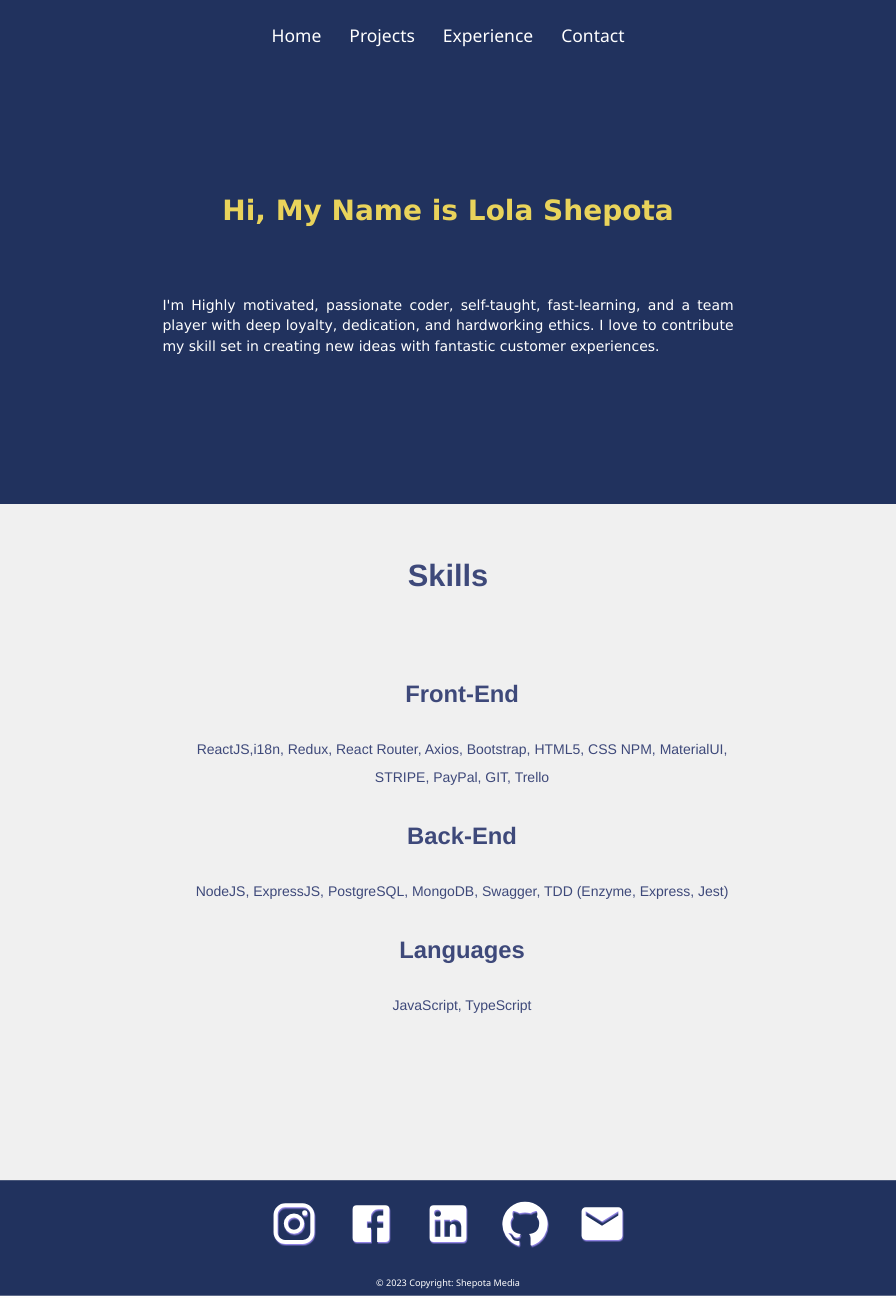
Repository: LolaSL/react-portfolio
Page: /
These files come from the project's save history. The page is drawn as it stood at one moment and after the next save; the edit follows.
The browser window is 1280 px wide. The pictures show the whole page, at 70% of full size.
The project was rebuilt for these pictures with package versions that can differ from the ones it lists, and the page was loaded fresh each time. Also part of the build but not shown: src/components/ProjectItem/ProjectItem.jsx, src/helpers/ProjectList.js, src/pages/Projects/Style.css, src/pages/Projects/Projects.jsx, src/pages/Experience/Style.css, src/pages/Experience/Experience.jsx, src/pages/ProjectDetail/ProjectDetail.jsx, src/pages/Contact/Style.css and 1 more.

Above is the page before, as saved 2023-07-02 09:35:46.

After the next save:
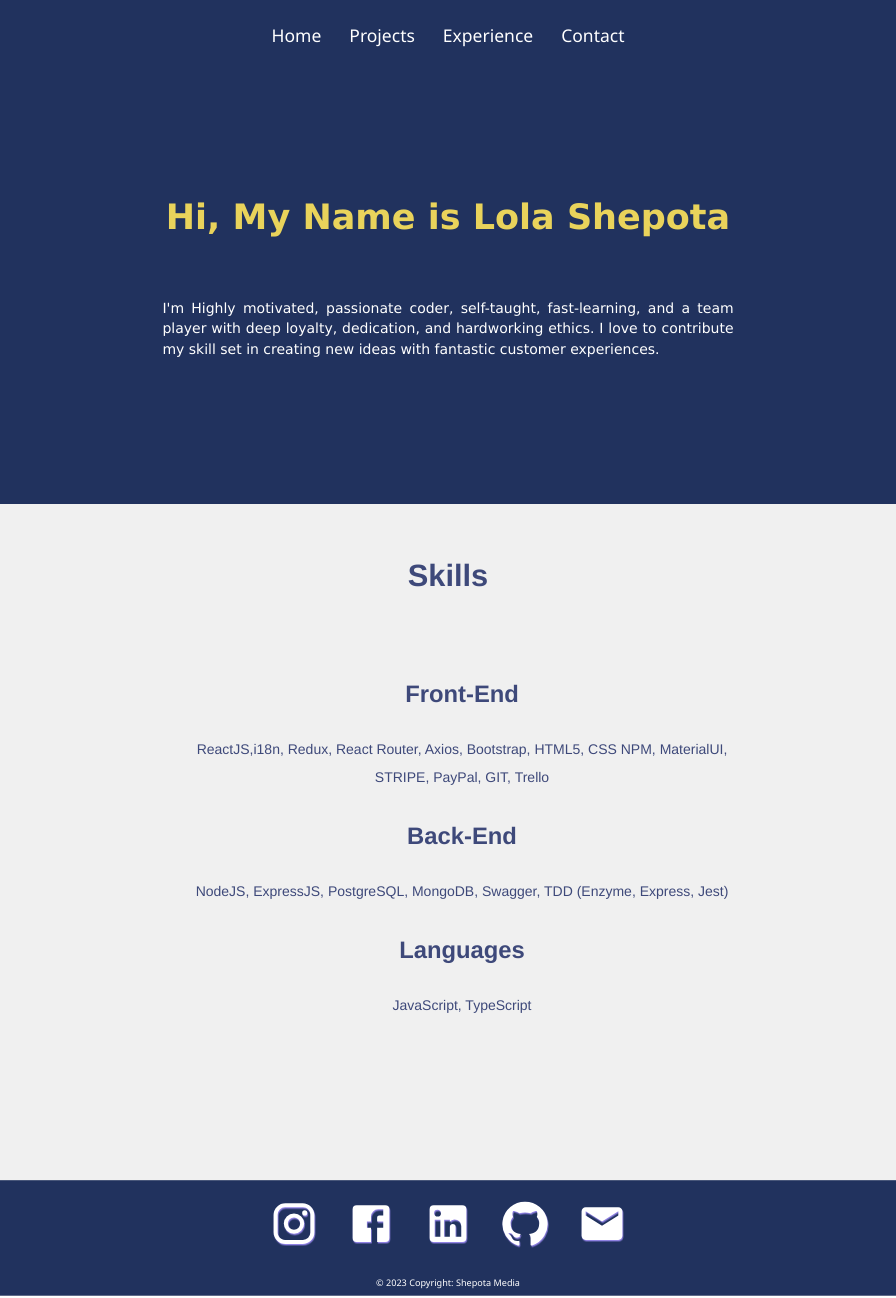
Saved 8 s later.
--- a/src/pages/Home/Style.css
+++ b/src/pages/Home/Style.css
@@ -21,7 +21,7 @@
 
   .about h1 {
     font-family:Verdana, Geneva, Tahoma, sans-serif;
-    font-size: 40px;
+    font-size: 50px;
     color: #e9d35b;
     height: 50px;
     margin-bottom: 25px;
